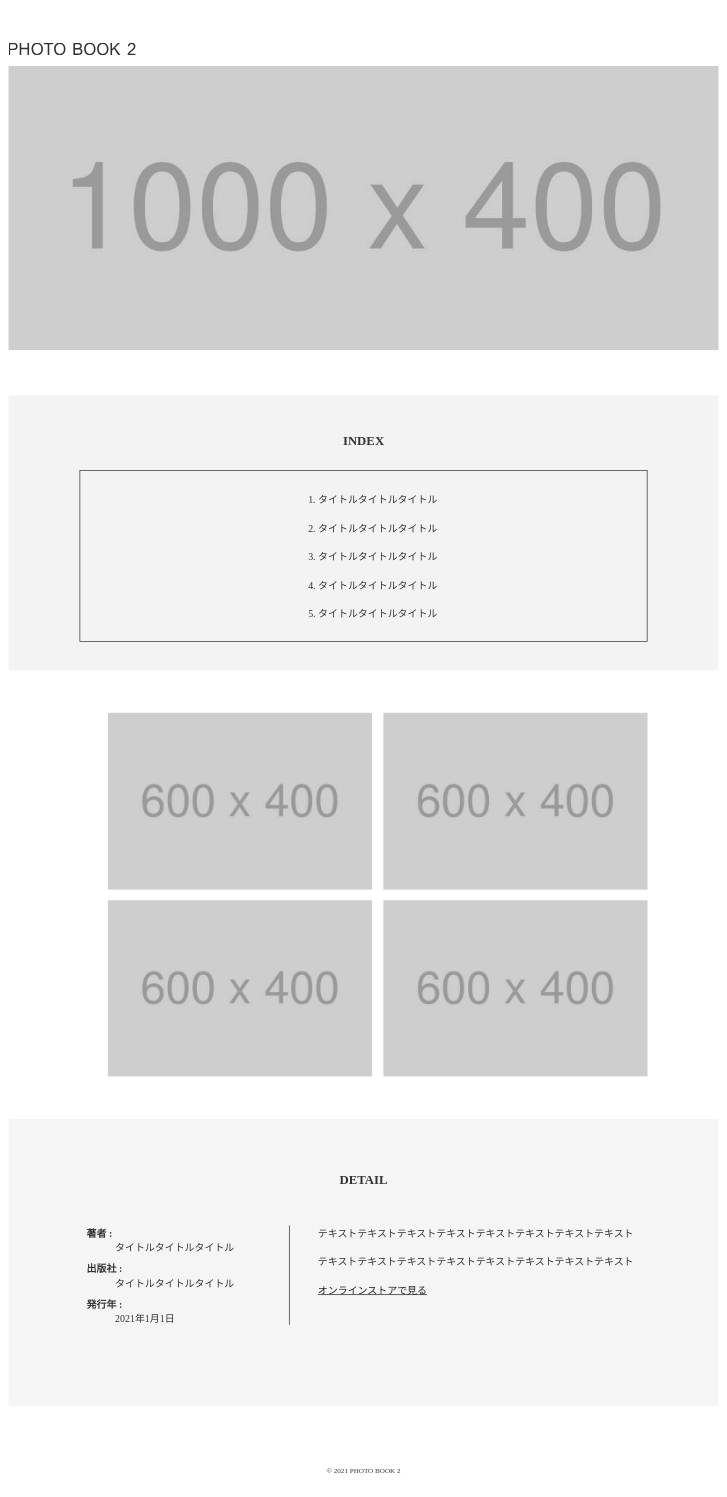
Repository: Fuki-san/photo-book-2
Page: http://localhost/photobook
An editor plug-in stored every save of this project. The page is shown before and after the next save, followed by the edit.
The browser window is 1024 px wide. The pictures show the whole page, at 71% of full size.
The page is served by the project's Laravel application, run on PHP 8.4 with Laravel 10.

Above is the page before, as saved 2023-12-01 15:08:35.

After the next save:
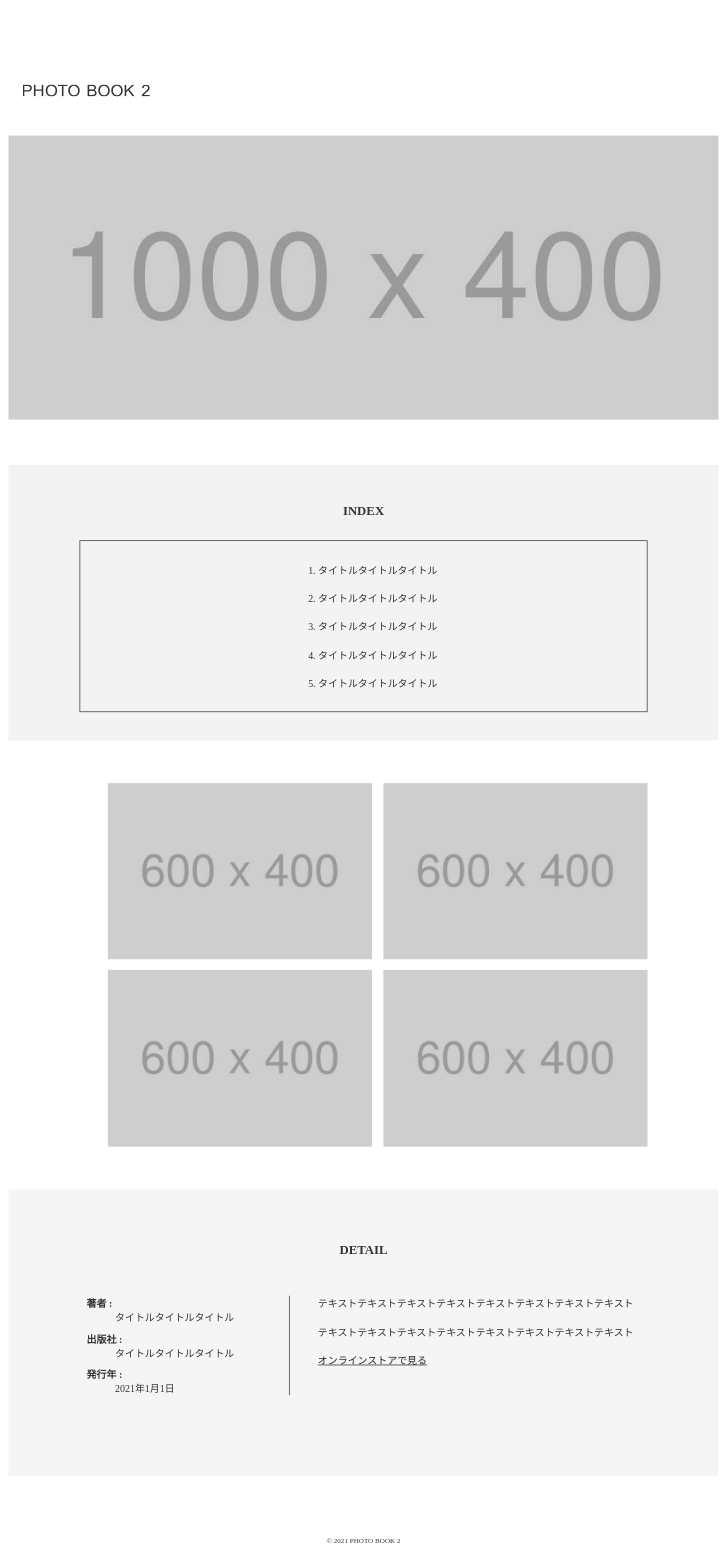
Saved 4 s later.
--- a/public/css/style.css
+++ b/public/css/style.css
@@ -163,6 +163,6 @@
     }
 
     #header {
-        padding: ;
+        padding: 40px 20px;
     }
 }

After the save that followed:
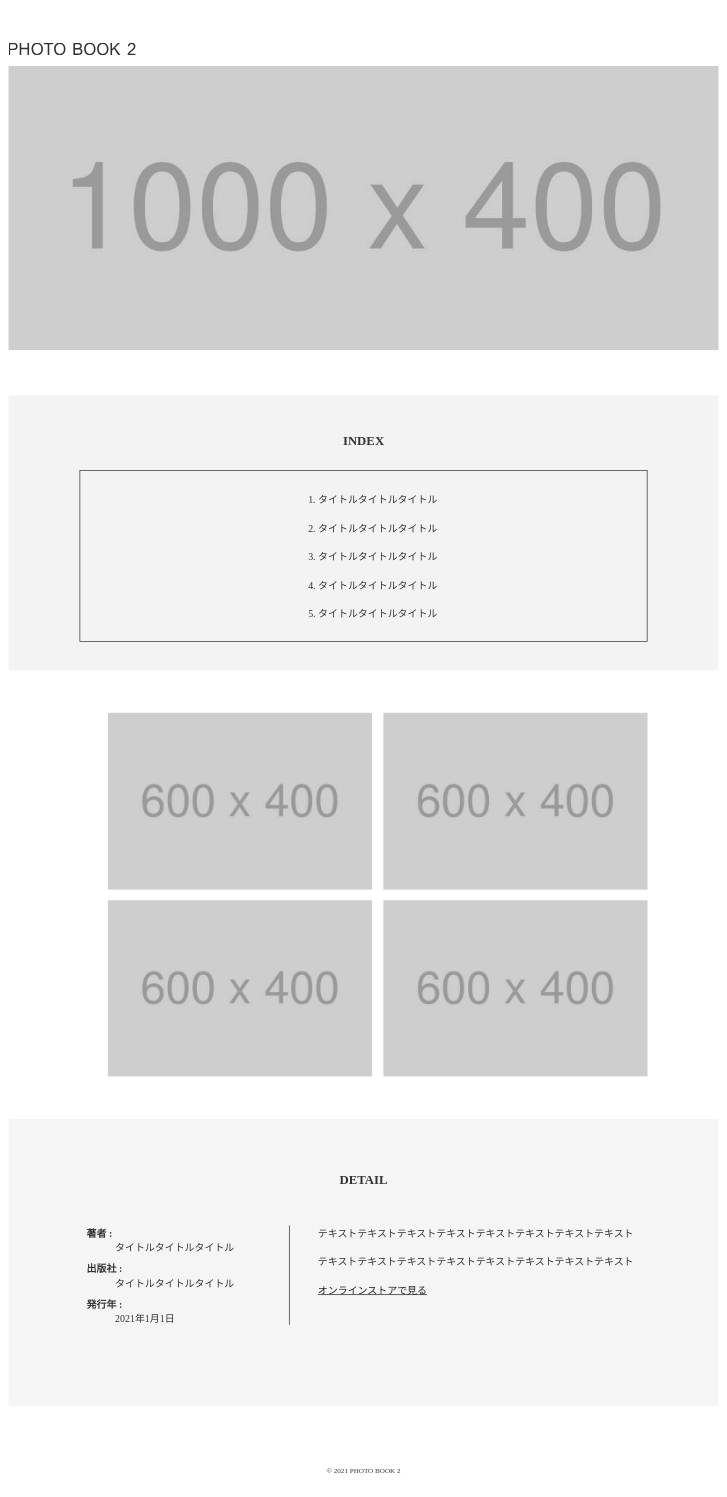
Saved 14 s later.
--- a/public/css/style.css
+++ b/public/css/style.css
@@ -163,6 +163,6 @@
     }
 
     #header {
-        padding: 40px 20px;
+        padding: ;
     }
 }
